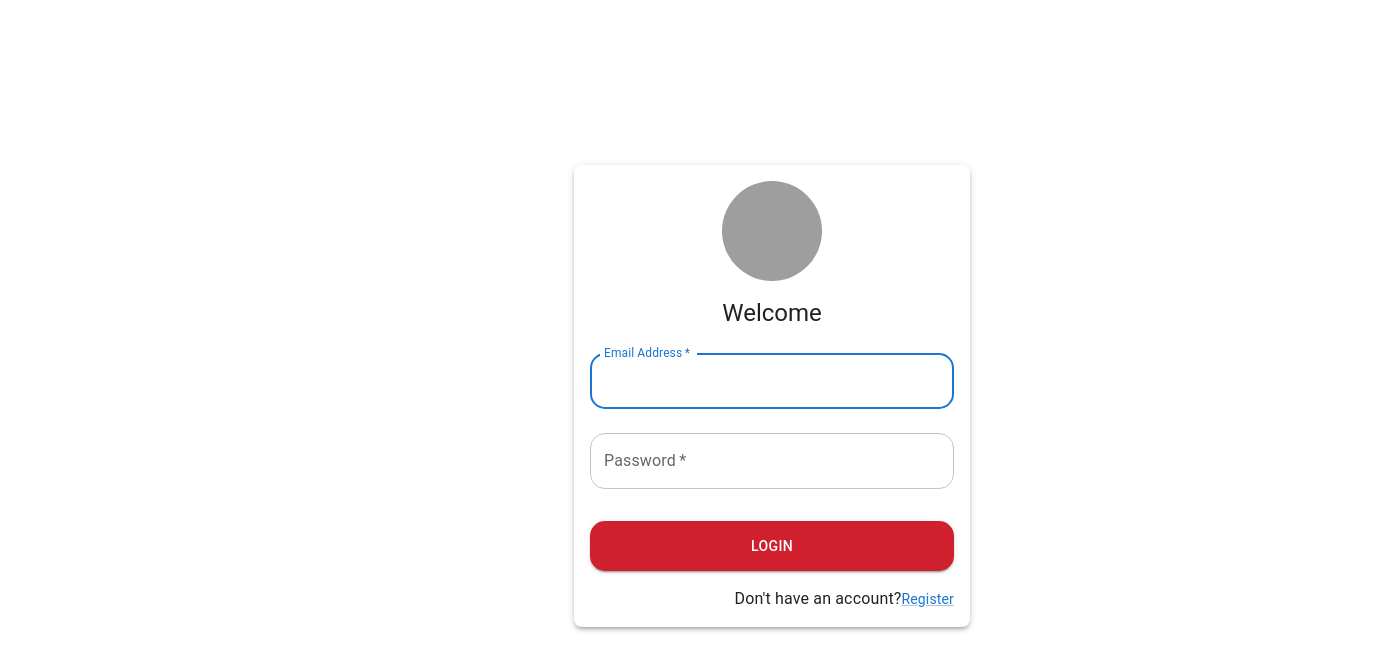
Repository: Pascal-Ahmadu/Mercy_Corp_Tender_Download_System2024
Page: /login
An editor plug-in stored every save of this project. The page is shown before and after the next save, followed by the edit.
The browser window is 1280 px wide. The page is 1280 px wide, then 1388 px, then 1280 px, so the pictures cover 1388 px, including what lies to the right of the window. The pictures show the whole page.
Pictures or frames that could not be fetched are drawn as grey boxes. The project was rebuilt for these pictures with package versions that can differ from the ones it lists, and the page was loaded fresh each time. Also part of the build but not shown: vite.config.js, src/components/pages/RegistrationPage.jsx.

Above is the page before, as saved 2024-05-24 08:40:49.

### index.html
<!doctype html>
<html lang="en">
  <head>
    <meta charset="UTF-8" />
    <link rel="icon" type="image/svg+xml" href="/corp.png" />
    <meta name="viewport" content="width=device-width, initial-scale=1.0" />
    <title>Mercycorp Tender Download System</title>
  </head>
  <body>
    <div id="root"></div>
    <script type="module" src="/src/main.jsx"></script>
  </body>
</html>

### src/main.jsx
// src/main.jsx
import React from 'react';
import ReactDOM from 'react-dom';
import { createRoot } from 'react-dom/client';

import App from './App';
import { AuthProvider } from './components/contexts/AuthContext';
import './index.css';

const rootElement = document.getElementById('root');
const root = ReactDOM.createRoot(rootElement);
root.render(
  <React.StrictMode>
    <AuthProvider>
      <App />
    </AuthProvider>
  </React.StrictMode>
);

### src/App.jsx
// src/App.jsx
import React, { Suspense, lazy } from 'react';
import { BrowserRouter as Router, Route, Routes, Navigate } from 'react-router-dom';
import CircularProgress from '@mui/material/CircularProgress';
import Box from '@mui/material/Box';
import { ThemeProvider, createTheme } from '@mui/material/styles';
import CssBaseline from '@mui/material/CssBaseline';
import { AuthProvider, useAuth } from './components/contexts/AuthContext';
import LoginPage from './components/pages/LoginPage';
import RegistrationForm from './components/pages/RegistrationPage';

const AdminDashboard = lazy(() => import('./components/pages/AdminDashboard'));

const ProtectedRoute = ({ element }) => {
  const { user } = useAuth();
  return user ? element : <Navigate to="/login" />;
};

const theme = createTheme({
  // Customize your theme here
});

const Loader = () => (
  <Box display="flex" justifyContent="center" alignItems="center" height="100vh">
    <CircularProgress />
  </Box>
);

const App = () => {
  return (
    <ThemeProvider theme={theme}>
      <CssBaseline />
      <AuthProvider>
      <Router>
        <Suspense fallback={<Loader />}>
          <Routes>
            <Route path="/" element={<Navigate to="/login" />} />
            <Route path="/login" element={<LoginPage />} />
            <Route path="/register" element={<RegistrationForm />} />
            <Route path="/admin/*"  element={<ProtectedRoute element={<AdminDashboard />} />} />
          </Routes>
        </Suspense>
      </Router>
      </AuthProvider>
    </ThemeProvider>
  );
};

export default App;

### src/components/contexts/AuthContext.jsx
// src/components/contexts/AuthContext.jsx
import React, { createContext, useContext, useState, useEffect } from 'react';
import { supabase } from '../../supabaseClient';
import bcrypt from 'bcryptjs';
import axios from 'axios';

const AuthContext = createContext();

export const AuthProvider = ({ children }) => {
  const [user, setUser] = useState(null);
  const [isAuthenticated, setIsAuthenticated] = useState(false);

  useEffect(() => {
    const storedUser = JSON.parse(localStorage.getItem('user'));
    if (storedUser) {
      setUser(storedUser);
      setIsAuthenticated(true);
      axios.defaults.headers.common['Authorization'] = `Bearer ${storedUser.sessionToken}`;
    }
  }, []);

  const login = async (email, password) => {
    try {
      const { data, error } = await supabase
        .from('users')
        .select('*')
        .filter('email', 'ilike', email);

      if (error) throw error;

      if (data.length === 0) {
        throw new Error('User not registered');
      }

      const userData = data[0];

      if (bcrypt.compareSync(password, userData.password)) {
        const sessionToken = generateSessionToken();
        const user = { ...userData, sessionToken };
        const userDetails = await fetchUserDetails(email);

        if (userDetails) {
          user.name = userDetails.name;
        }

        setUser(user);
        setIsAuthenticated(true);
        localStorage.setItem('user', JSON.stringify(user));
        axios.defaults.headers.common['Authorization'] = `Bearer ${sessionToken}`;

        setTimeout(() => {
          logout();
        }, 3600000); // 1 hour
      } else {
        throw new Error('Invalid  password');
      }
    } catch (error) {
      throw error;
    }
  };

  const fetchUserDetails = async (email) => {
    const { data, error } = await supabase
      .from('users')
      .select('name')
      .filter('email', 'ilike', email);

    if (error) throw error;
    return data[0];
  };

  const logout = () => {
    setUser(null);
    setIsAuthenticated(false);
    localStorage.removeItem('user');
    delete axios.defaults.headers.common['Authorization'];
  };

  const generateSessionToken = () => {
    const characters = 'ABCDEFGHIJKLMNOPQRSTUVWXYZabcdefghijklmnopqrstuvwxyz0123456789';
    const length = 32;
    let token = '';
    for (let i = 0; i < length; i++) {
      token += characters.charAt(Math.floor(Math.random() * characters.length));
    }
    return token;
  };

  return (
    <AuthContext.Provider value={{ user, isAuthenticated, login, logout }}>
      {children}
    </AuthContext.Provider>
  );
};

export const useAuth = () => useContext(AuthContext);

### src/components/pages/LoginPage.jsx
import React, { useState, useEffect } from 'react';
import { useNavigate } from 'react-router-dom';
import { Box, Container, TextField, Button, Link, Typography, CircularProgress } from '@mui/material';
import { useAuth } from '../contexts/AuthContext';
const profileImagePath = '../../assets/mercy.png';

const LoginPage = () => {
  const [email, setEmail] = useState('');
  const [password, setPassword] = useState('');
  const [error, setError] = useState('');
  const [loading, setLoading] = useState(false);
  const navigate = useNavigate();
  const { login, user } = useAuth(); // Fetching user from the authentication context

  const handleLogin = async () => {
    setLoading(true);
    try {
      await login(email, password);
    } catch (error) {
      setError(error.message);
    } finally {
      setLoading(false);
    }
  };

  useEffect(() => {
    if (user) {
      const userName = user.name ? encodeURIComponent(user.name) : 'User';
      navigate(`/admin/home?user=${userName}`);
    }
  }, [user, navigate]);

  return (
    <Container component="main" maxWidth="xs">
      <Box
        sx={{
          marginTop: 8,
          display: 'flex',
          flexDirection: 'column',
          alignItems: 'center',
        }}
      >
        <Box
          sx={{
            mt: 1,
            p: 2,
            borderRadius: 2,
            boxShadow: 3,
            bgcolor: 'background.paper',
            display: 'flex',
            flexDirection: 'column',
            alignItems: 'center',
            position: 'relative',
            right: { xs: 0, md: -200, lg: -550 },
          }}
        >
          <Box
            component="img"
            sx={{
              height: { xs: 80, md: 90, lg: 100 },
              width: { xs: 80, md: 90, lg: 100 },
              borderRadius: '50%',
              marginBottom: 2,
            }}
            alt="Profile"
            src={profileImagePath}
          />
          <Typography component="h1" variant="h5" gutterBottom>
            Welcome
          </Typography>
          <Box component="form" sx={{ width: '100%' }}>
            <TextField
              margin="normal"
              required
              fullWidth
              id="email"
              label="Email Address"
              name="email"
              autoComplete="email"
              autoFocus
              value={email}
              onChange={(e) => setEmail(e.target.value)}
              sx={{ '& .MuiOutlinedInput-root': { borderRadius: '15px' } }}
            />
            <TextField
              margin="normal"
              required
              fullWidth
              name="password"
              label="Password"
              type="password"
              id="password"
              autoComplete="current-password"
              value={password}
              onChange={(e) => setPassword(e.target.value)}
              sx={{ '& .MuiOutlinedInput-root': { borderRadius: '15px' } }}
            />
            {error && <Typography color="error" variant="body2">{error}</Typography>}
            <Box
              sx={{
                position: 'relative',
                display: 'flex',
                justifyContent: 'center',
                alignItems: 'center',
                width: '100%',
              }}
            >
              <Button
                variant="contained"
                sx={{
                  mt: 3,
                  mb: 2,
                  borderRadius: '15px',
                  height: '50px',
                  maxWidth: '500px',
                  width: '100%',
                  alignSelf: 'center',
                  backgroundColor: '#D0202E',
                  '&:hover': {
                    backgroundColor: '#B01C26',
                  },
                }}
                onClick={handleLogin}
                disabled={loading}
              >
                {loading ? <CircularProgress size={24} /> : 'Login'}
              </Button>
            </Box>
            <Typography align="right">
              Don't have an account?
              <Link href="/register" variant="body2">
                Register
              </Link>
            </Typography>
          </Box>
        </Box>
      </Box>
    </Container>
  );
};

export default LoginPage;

### src/supabaseClient.js
// src/supabaseClient.js
import { createClient } from '@supabase/supabase-js';

const supabaseUrl = 'https://ybmjhheupxskzjuvgrph.supabase.co';
const supabaseAnonKey = 'eyJhbGciOiJIUzI1NiIsInR5cCI6IkpXVCJ9.eyJpc3MiOiJzdXBhYmFzZSIsInJlZiI6InlibWpoaGV1cHhza3pqdXZncnBoIiwicm9sZSI6ImFub24iLCJpYXQiOjE3MTYyNzQwMTUsImV4cCI6MjAzMTg1MDAxNX0.zqV0mBFN31lBM8dks3chdmZnweLuYFhYRxQ4BCrGV0o';

export const supabase = createClient(supabaseUrl, supabaseAnonKey);

Loaded but not shown: src/index.css (common file)

After the next save:
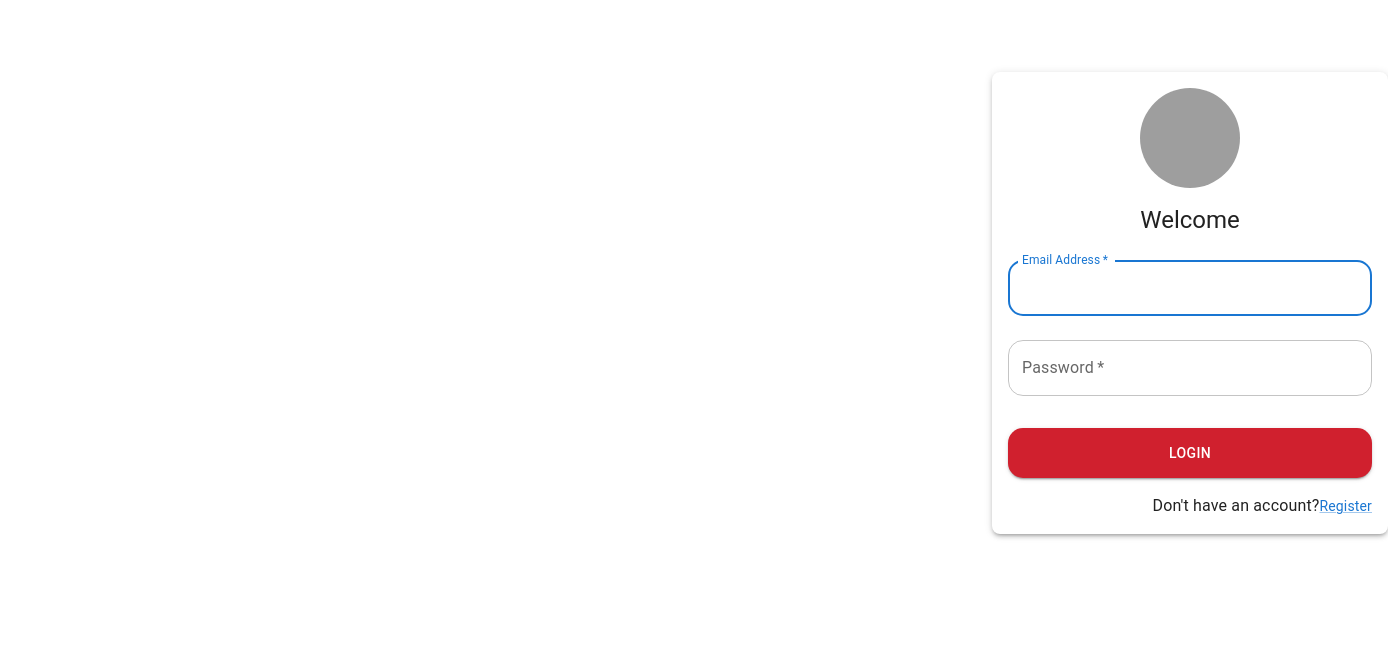
Saved 6 s later.
--- a/src/main.jsx
+++ b/src/main.jsx
@@ -5,7 +5,7 @@
 
 import App from './App';
 import { AuthProvider } from './components/contexts/AuthContext';
-import './index.css';
+
 
 const rootElement = document.getElementById('root');
 const root = ReactDOM.createRoot(rootElement);

After the save that followed:
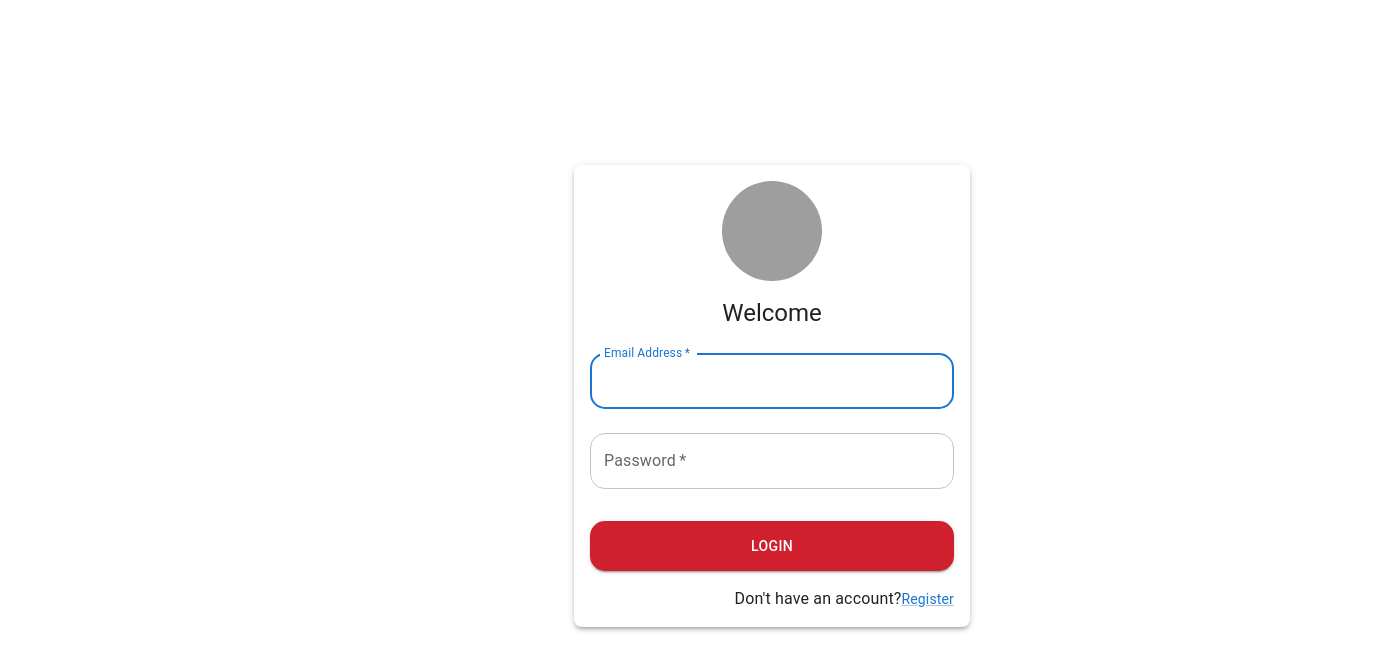
Saved 10 s later.
--- a/src/main.jsx
+++ b/src/main.jsx
@@ -5,7 +5,7 @@
 
 import App from './App';
 import { AuthProvider } from './components/contexts/AuthContext';
-
+import './index.css';
 
 const rootElement = document.getElementById('root');
 const root = ReactDOM.createRoot(rootElement);
